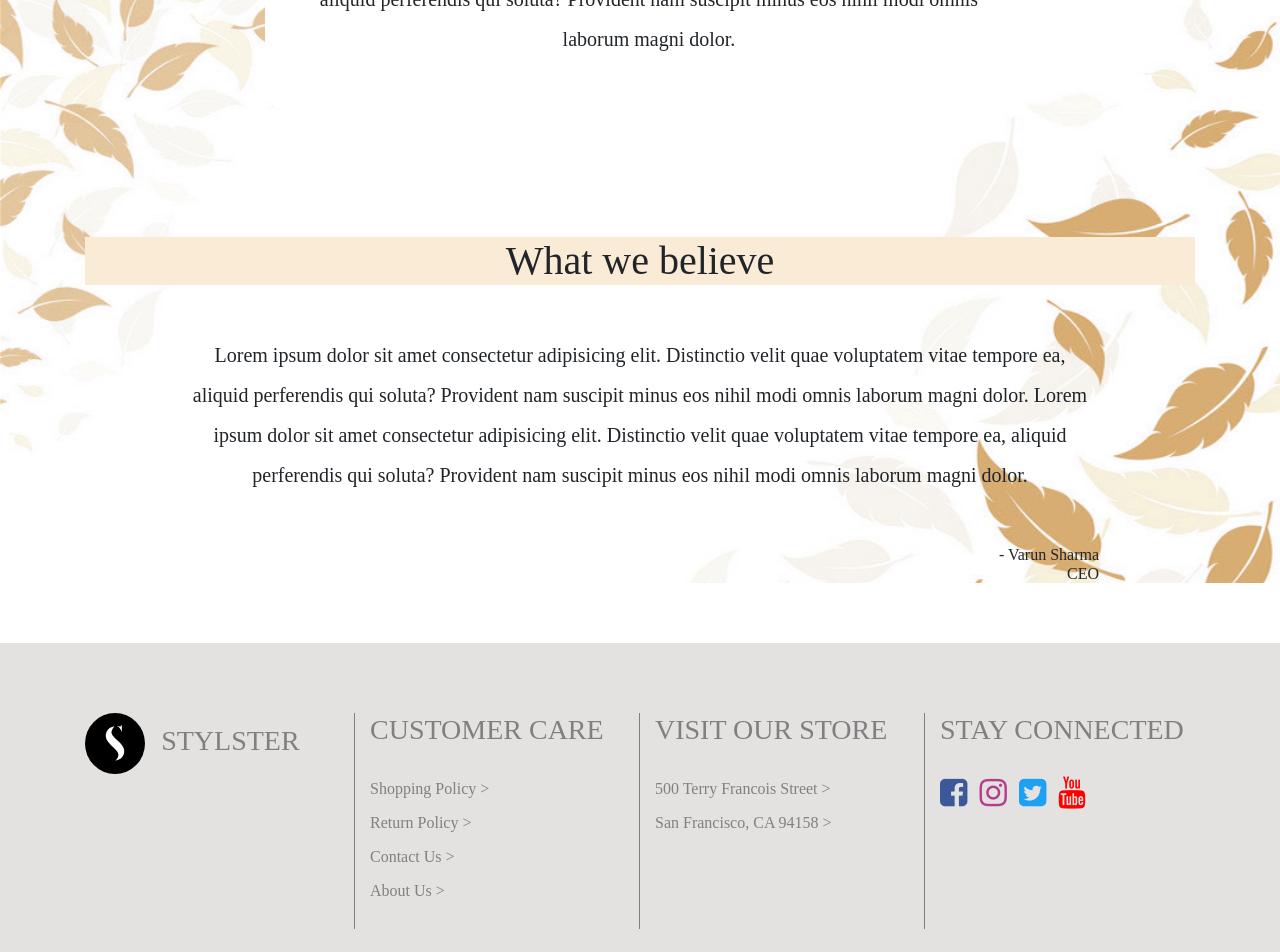
Repository: Lovekr/stylester
Page: stylster_frontend_design/career.html
The author's editor kept a copy of each file at every save. The page is drawn from the files as they stood at one save, then again after the next save.
The browser window is 1280 px wide. The pictures show the part of the page from y = 744 to 1696 px (the page is 1743 px tall).
Some web fonts or font styles are not loaded; a fallback is used.

Above is the page before, as saved 2020-02-26 17:56:28.

### stylster_frontend_design/career.html
<!DOCTYPE html>
<html lang="en">
<head>
    <meta charset="UTF-8">
    <meta name="viewport" content="width=device-width, initial-scale=1.0">
    <link rel="stylesheet" href="https://stackpath.bootstrapcdn.com/bootstrap/4.4.1/css/bootstrap.min.css" >
     <link rel="stylesheet" href="./css/owl.carousel.css">
     <link rel="stylesheet" href="./css//owl.theme.default.min.css">
     <link rel="stylesheet" href="https://cdnjs.cloudflare.com/ajax/libs/font-awesome/4.7.0/css/font-awesome.min.css">
    <link rel="stylesheet" href="./css/career.css">

    <title>STYLSTER</title>
</head>
<body>


  <div id="navbar">
    <nav class="navbar navbar-expand-lg navbar-light">
        <img class="pr-3"
        src="./asset/stylster logo1-01.svg"><a class="navbar-brand" href="#">STYLSTER</a>

      <button class="navbar-toggler" type="button" data-toggle="collapse" data-target="#navbarSupportedContent" aria-controls="navbarSupportedContent" aria-expanded="false" aria-label="Toggle navigation">
        <span class="navbar-toggler-icon"></span>
    </button>
        <div class="collapse navbar-collapse" id="navbarSupportedContent">
          <input type="text" placeholder="e.g. T-shirt, Top ...">
          <div class="navbar-manu-inside">
            <a href="#">MEN</a>
            <a href="#">WOMEN</a>
            <a href="#">DEALS</a>
            <a href="#">STYLE PICK</a>
            <a href="#">BLOGGER NETWORK</a>
            <a href="#">ABOUT</a>
          </div>
          <div class="displaynone1000">
            <div>
                <i class="fa fa-facebook-square"></i>
                <i class="fa fa-instagram"></i>
                <i class="fa fa-pinterest-square"></i>
                <i class="fa fa-youtube"></i>
              </div>
              <div class="flexIcon">
                <i class="fa fa-heart border border-dark"></i>
                    <i class="fa fa-user border border-dark"></i>
              </div>
          </div>
        </div>

    </nav>
    <div class="navbar-manu">
      <a href="#">MEN</a>
      <a href="#">WOMEN</a>
      <a href="#">DEALS</a>
      <a href="#">STYLE PICK</a>
      <a href="#">BLOGGER NETWORK</a>
      <a href="#">ABOUT</a>
    </div>
</div>
<div class="container mt-5 interested text-center">
  <div class="flex1">
       <h4 class="mr-3 pb-2">I'm Interested in </h4>
       <select class="mr-3 mb-2 form-control" id="exampleFormControlSelect1">
           <option>Choose your category </option>
           <option>2</option>
           <option>3</option>
           <option>4</option>
           <option>5</option>
       </select>
       <div>
           <button type="button" class="btn">GO</button>
       </div>
  </div>
</div>
    <div class="main-header bgOffice">
        <h1 class="career-header">Join Stylster...</h1>
    </div>


     <div class="container-fluid backgroundimg">
           <div class="career-sub-text">
                <p >Lorem ipsum dolor sit amet consectetur adipisicing elit. Distinctio velit quae voluptatem vitae tempore ea, aliquid perferendis qui soluta? Provident nam suscipit minus eos nihil modi omnis laborum magni dolor. Lorem ipsum dolor sit amet consectetur adipisicing elit. Distinctio velit quae voluptatem vitae tempore ea, aliquid perferendis qui soluta? Provident nam suscipit minus eos nihil modi omnis laborum magni dolor.</p>
            </div>
            <div class="text-center career-head-believe container">
                <h1>What we believe</h1>
                <p>Lorem ipsum dolor sit amet consectetur adipisicing elit. Distinctio velit quae voluptatem vitae tempore ea, aliquid perferendis qui soluta? Provident nam suscipit minus eos nihil modi omnis laborum magni dolor. Lorem ipsum dolor sit amet consectetur adipisicing elit. Distinctio velit quae voluptatem vitae tempore ea, aliquid perferendis qui soluta? Provident nam suscipit minus eos nihil modi omnis laborum magni dolor.</p>
               <div class="text-right mr-5 pr-5">
                <h6>- Varun Sharma </h6>
                <h6 class="">CEO</h6>
               </div>
            </div>
        </div>


        <div id="footer" class="container-fluid">
          <div class="row">
              <div class="col-xs-12 col-sm-6 col-md-3 rline">
                <h3 class="footer-stylster"><img class="pr-3" src="./asset/stylster logo1-01.svg">STYLSTER</h1>


              </div>
              <div class="col-xs-12 col-sm-6 col-md-3 rline rline3">
                  <h3>CUSTOMER CARE</h3>
                  <ul>
                      <li><a href="#">Shopping Policy ></a></li>
                      <li><a href="#">Return Policy ></a></li>
                      <li><a href="#">Contact Us ></a></li>
                      <li><a href="#">About Us ></a></li>
                  </ul>

              </div>
              <div class="col-xs-12 col-sm-6 col-md-3 rline">
                  <h3>VISIT OUR STORE</h3>
                  <ul>
                      <li><a href="#">500 Terry Francois Street ></a></li>
                      <li><a href="#">San Francisco, CA 94158 ></a></li>

                  </ul>
              </div>
              <div class="col-xs-12 col-sm-6 col-md-3 rline2">
                  <h3>STAY CONNECTED</h3>
                  <div class="mt-4">
                      <a href="#"><i class="fa fa-facebook-square fa-2x pr-2"></i></a>
                      <a href="#"><i class="fa fa-instagram fa-2x pr-2"></i></a>
                      <a href="#"><i class="fa fa-twitter-square fa-2x pr-2"></i></a>
                      <a href="#"><i class="fa fa-youtube fa-2x "></i></a>

                  </div>
              </div>
          </div>
        </div>


<script src="https://code.jquery.com/jquery-3.4.1.slim.min.js" ></script>
<script src="https://cdn.jsdelivr.net/npm/popper.js@1.16.0/dist/umd/popper.min.js" ></script>
<script src="https://stackpath.bootstrapcdn.com/bootstrap/4.4.1/js/bootstrap.min.js" ></script>

</body>
</html>

### stylster_frontend_design/css/career.css
@import url('https://fonts.googleapis.com/css?family=Allerta+Stencil&display=swap');
html *
{
    font-family: 'Allerta Stencil';

}
*{
    margin: 0;
    padding: 0;
}
h1,h2,h3,h4,h5,h6,p{
    padding: 0px;
    margin: 0px;
}
.backgroundimg {
    background: url("../asset/brown\ leaf-01.svg");
    background-size: cover;
    width: 100%;
}

/* navbar */


#navbar{
    background-color: rgb(218, 214, 214) !important;
}
#navbar .navbar-brand{
    font-size: 40px;
    font-weight: 500;
}
#navbar i{
    margin-right: 10px;
    font-size: 20px;
}

#navbar .nav-link{
    color: black;
    margin:0px 20px 0px 20px;
    text-decoration: underline;
    font-weight: 500;
}

.flexIcon{
    display: flex;
    justify-content: center;
    width: 100%;
}
.flexIcon i{

   width: 30px;
   padding: 3px  7px;
   height: 25px;
}

#navbar input{
    width: 65%;
    margin:auto 200px auto 30px;
     outline: 0;
    border-width: 0 0 2px;
    border-color: rgb(179, 174, 174);
    background-color: rgb(218, 214, 214) !important;

}
#navbar input:focus {
    border-color: black
  }
  #navbar input::placeholder{
      padding-left: 10px;
  }

.navbar-manu{
    display: flex;
    justify-content: center;
}
.navbar-manu a{
    margin: 10px 50px;
}
.navbar-manu a{
    color: black !important;
   font-weight: 500;
}
.navbar-manu a:hover{
    text-decoration: underline;
}
.fa-facebook-square {
    color: #3b5998;
  }
.fa-instagram {
    color: #B43E8E;
}
.fa-pinterest-square {
    color: #bd081c;
}
.fa-youtube {
      color: #FF0000;
}
.fa-twitter-square {
    color: #1da1f2;
}
::placeholder {
    color:white !important;
}
@media only screen and (min-width: 1000px){
    .navbar-manu-inside{
        display: none;
    }
}

@media only screen and (max-width: 1000px){
    .displaynone1000{
        display: none;
    }
    .navbar-manu{
        display: none;

    }

    .navbar-manu-inside {
        display: flex;
        flex-direction: column;
        margin: 20px 0px 20px 30px;
        padding: 20px 0px;
    }

    .navbar-manu-inside a{
            margin: 10px 0px;
            color: black !important;
            font-weight: 500;
    }

}
@media only screen and (max-width: 1024px){
    #navbar input {
    width: 50%;
    }
    .navbar-manu a {
        margin: 10px 20px;
    }
}

@media only screen and (max-width: 770px){
    #navbar input {
        width: 70%;
    }
}

@media only screen and (max-width: 450px){
    #navbar input {
        width: 100%;
        margin:auto;
        margin-top: 15px;
    }
}











  /* main header */

  .bgOffice{
      background: url('https://images.unsplash.com/photo-1497366811353-6870744d04b2?ixlib=rb-1.2.1&ixid=eyJhcHBfaWQiOjEyMDd9&auto=format&fit=crop&w=750&q=80');
      background-size: cover;
      width: 100%;
      height: 70vh;
      background-position: center;
      background-repeat: no-repeat;


    }

.bgOffice .career-header{
    position: relative;
    top: 32%;
    width: 900px !important;
    text-align: right;

    font-size: 80px;
    background-color: antiquewhite;
    opacity: .7;
    padding: 3px 20px;
    width: 500px;
}

.career-sub-text{
    background-color: white;
    width: 60vw;
    position: relative;;
   top: -218px;
   left: 20%;
    line-height: 40px;
    padding: 50px;
    width: 100;
    border-radius: 20px;
    align-items: center;
    font-size: 20px;
    text-align: center;
}
.career-head-believe{
    margin-top:-90px !important;
}
.career-head-believe h1{
     background-color: antiquewhite;
     padding: 0px 300px;

}

.career-head-believe p{
    padding: 50px 100px;
    font-size: 20px;
    line-height: 40px;
}
.interested{
    padding: 0px 150px;

}
.interested select{
    width: 400px;
}

.interested .form-control{
    color: white;
    background-color: black;
}
.interested .btn{
    background-color: black;
    color: white;
    font-weight: 600;
}
.interested button:hover{
    background-color: rgb(163, 157, 157);
    color: black;
}
.interested .flex1{
    display: flex;
    justify-content: center;
}

/* responsive 1024 */


@media only screen and (max-width: 1100px) {
    #navbar .displaynone1000{
       display: none;
    }
    .bgOffice .career-header {
        width: 730px !important;
    }
    .career-sub-text {
        bottom: -10%;
        font-size: 25px;
    }
    .career-head-believe p{
        font-size: 25px;
    }


}

/* responsive 770 */

@media only screen and (max-width: 770px) {

  .career-head-believe p {
        padding: 50px 100px;
    }

    .career-sub-text {
        width: 80vw;
        left: 10%;
        bottom: -20% !important;
        font-size: 18px;

    }
    .bgOffice .career-header {
        width: 650px !important;
    }
    .career-head-believe{
        margin-top: 300px;
    }
    .career-head-believe h1{
        padding: 0px  100px;
    }
    .career-head-believe p{
        font-size: 18px;
    }
    .interested .flex1{

    }
    .flex1{
        display: flex;
        flex-direction: column;
        justify-content: center;
    }

}


/* footer */


#footer .row{
    padding: 70px;

}

#footer{
    margin-top: 60px;
    background-color: rgb(228, 226, 225);
}
/* .footer-stylster{
    line-height: 0;
} */
#footer ul {
    list-style: none;
}
#footer a,#footer h3{
    color: gray;
}
#footer a:hover{
    color: black;
    font-weight: 500;
}

.rline{
    border-right: 1px solid gray;

}

#footer ul li{
    padding-bottom: 10px;
}
#footer h3{
    margin-bottom: 30px;
}

@media only screen and (max-width: 770px){


    #footer .row {
        padding: 30px;
    }


}

@media only screen and (max-width: 420px){

    .rline{
        border: none;
    }

}


@media only screen and (max-width: 1024px){
    .career-sub-text {
        bottom: -5%;
    }
    .career-sub-text {

        width: 80vw;

        top: -200px;
        left: 10%;

    }
}

/* min 1024 */
@media only screen and (min-width: 1030px) {

    .bgOffice .career-header {
        width: 650px ;
    }
    .career-sub-text {
        bottom: -30%;
    }

}

@media only screen and (max-width: 380px){
    /* .career-sub-text {
        bottom: -20;
    } */
}
/* max 400 */
@media only screen and (max-width: 450px){
    .bgOffice .career-header {
        width: 300px !important;
        font-size: 30px;
    }
    .career-head-believe{
        margin-top: -180px !important;
    }
    .interested {
        align-items: center;
    }
    .interested select{
        width: 250px;
        display: flex !important;
        width: 100%;
        justify-content: center;
    }
    .form-control{
        display: none;
    }
    .career-sub-text{
        font-size: 14px;
        line-height: 1.5;
        padding: 20px;
        width: 80vw;
        left: 7%;
    }
    .career-head-believe{
         margin-top: 200px;
    }
    .career-head-believe p{
        padding: 50px 20px;
        line-height: 1.5;
        font-size: 14px;
    }
    .career-sub-text {
        bottom: -25%;
    }
    .interested {
        padding: 0px 50px;
    }
    .career-head-believe h1{
        padding: 0px  50px;
        font-size: 30px;
    }
    .interested .btn{
        padding: 0;
    height: 35px;
    width: 50px;
    }


}

/* @media only screen and (max-width: 500px){
    .bgOffice .career-header {
        top: ;
} */

Loaded but not shown: stylster_frontend_design/css/owl.carousel.css (library); stylster_frontend_design/css/owl.theme.default.min.css (common file)

After the next save:
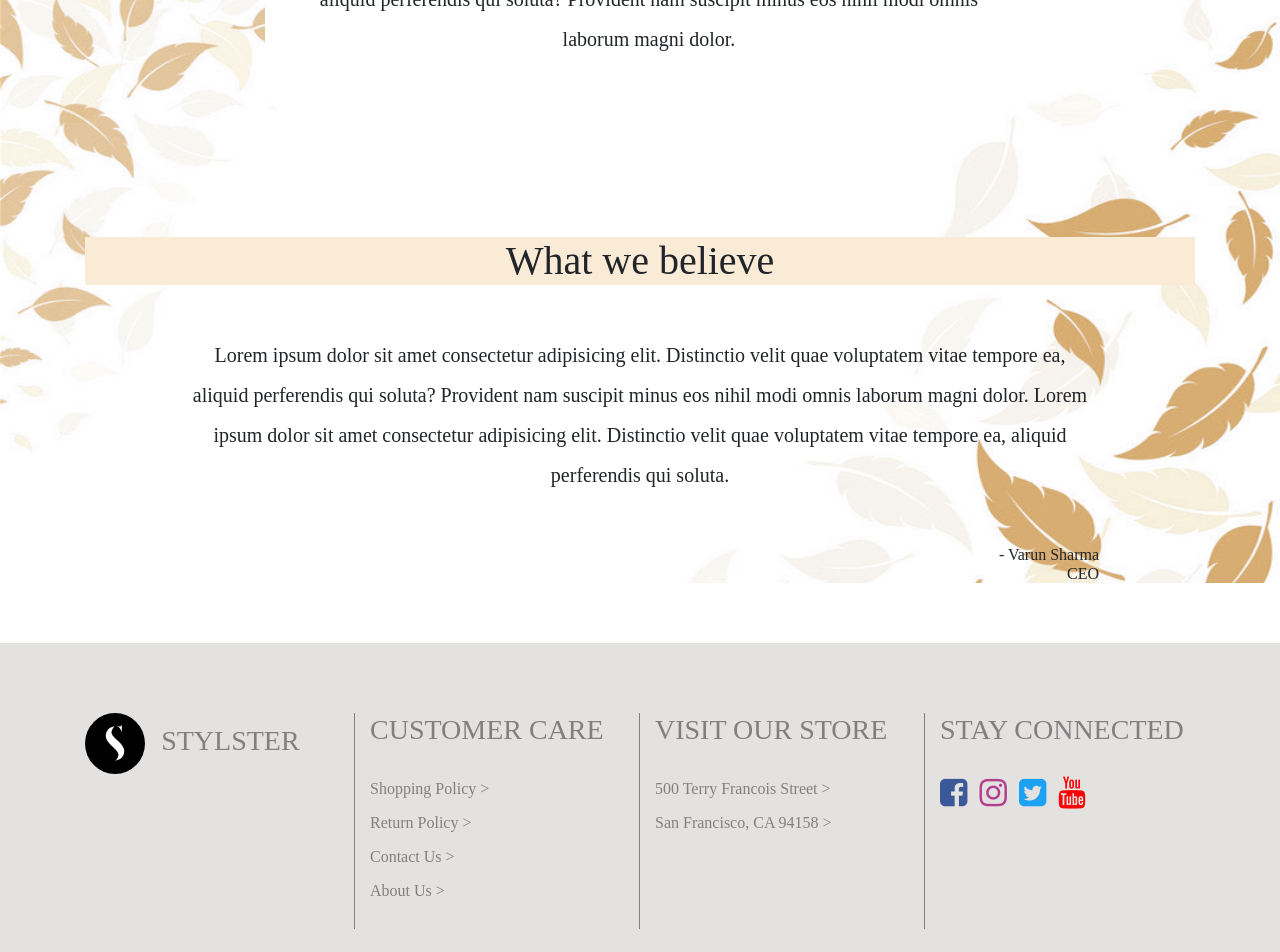
Saved 82 s later.
--- a/stylster_frontend_design/career.html
+++ b/stylster_frontend_design/career.html
@@ -82,7 +82,7 @@
             </div>
             <div class="text-center career-head-believe container">
                 <h1>What we believe</h1>
-                <p>Lorem ipsum dolor sit amet consectetur adipisicing elit. Distinctio velit quae voluptatem vitae tempore ea, aliquid perferendis qui soluta? Provident nam suscipit minus eos nihil modi omnis laborum magni dolor. Lorem ipsum dolor sit amet consectetur adipisicing elit. Distinctio velit quae voluptatem vitae tempore ea, aliquid perferendis qui soluta? Provident nam suscipit minus eos nihil modi omnis laborum magni dolor.</p>
+                <p>Lorem ipsum dolor sit amet consectetur adipisicing elit. Distinctio velit quae voluptatem vitae tempore ea, aliquid perferendis qui soluta? Provident nam suscipit minus eos nihil modi omnis laborum magni dolor. Lorem ipsum dolor sit amet consectetur adipisicing elit. Distinctio velit quae voluptatem vitae tempore ea, aliquid perferendis qui soluta.</p>
                <div class="text-right mr-5 pr-5">
                 <h6>- Varun Sharma </h6>
                 <h6 class="">CEO</h6>
